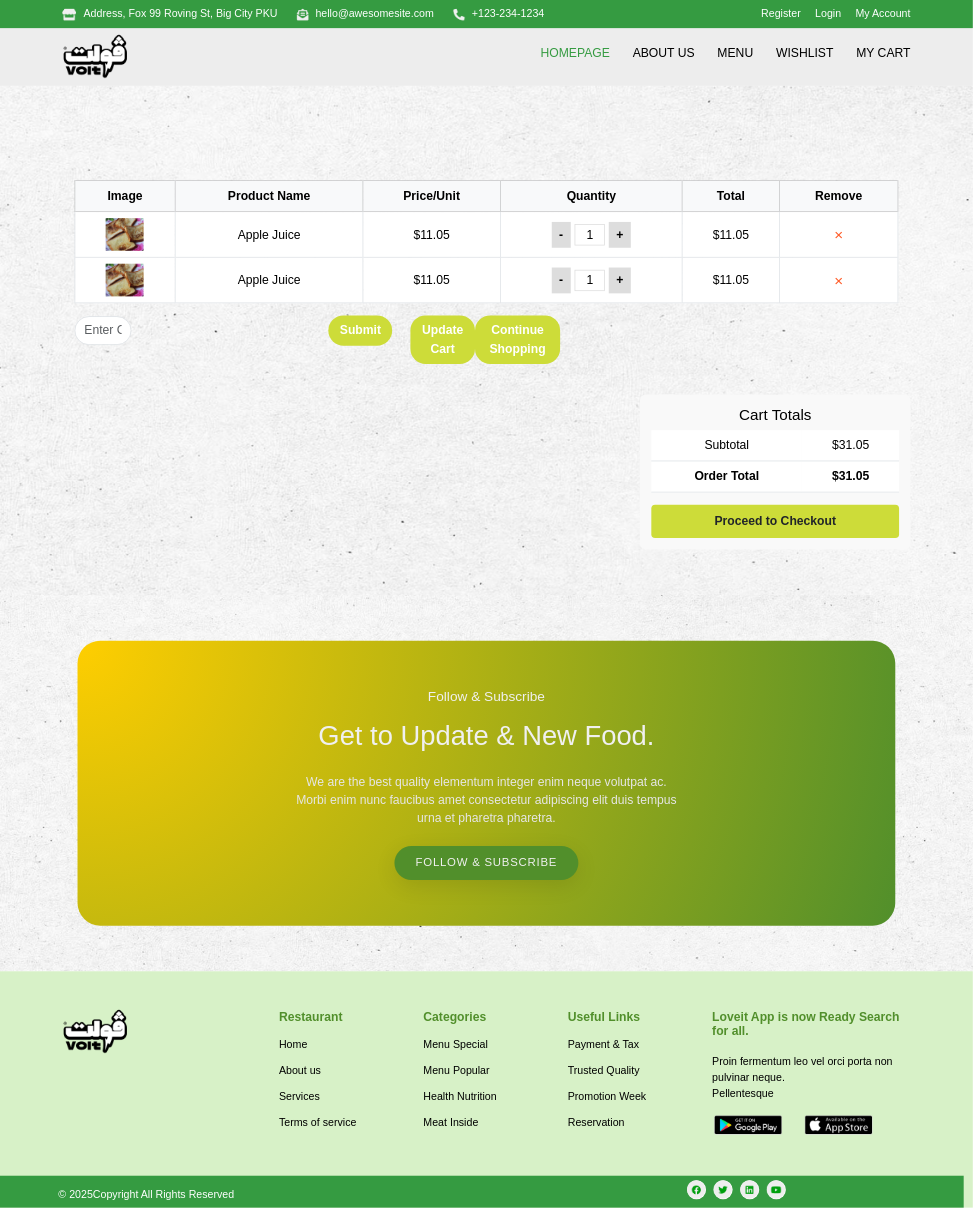
Repository: junivig/volt-new-project
Page: checkout.html
These files come from the project's save history. The page is drawn as it stood at one moment and after the next save; the edit follows.
The browser window is 1280 px wide. The pictures show the whole page, at 76% of full size.

Above is the page before, as saved 2025-01-31 18:09:03.

### checkout.html
<!DOCTYPE html>
<html lang="en">

<head>
  <meta charset="utf-8">
  <meta content="width=device-width, initial-scale=1.0" name="viewport">
  <title>Checkout - Voltfood</title>
  <meta name="description" content="">
  <meta name="keywords" content="">

  <!-- Favicons -->
  <link href="assets/img/favicon.png" rel="icon">
  <link href="assets/img/apple-touch-icon.png" rel="apple-touch-icon">

  <!-- Fonts -->
  <link href="https://fonts.googleapis.com" rel="preconnect">
  <link href="https://fonts.gstatic.com" rel="preconnect" crossorigin>
  <link href="https://fonts.googleapis.com/css2?family=Roboto:ital,wght@0,100;0,300;0,400;0,500;0,700;0,900;1,100;1,300;1,400;1,500;1,700;1,900&family=Raleway:ital,wght@0,100;0,200;0,300;0,400;0,500;0,600;0,700;0,800;0,900;1,100;1,200;1,300;1,400;1,500;1,600;1,700;1,800;1,900&family=Ubuntu:ital,wght@0,300;0,400;0,500;0,700;1,300;1,400;1,500;1,700&display=swap" rel="stylesheet">

  <!-- Vendor CSS Files -->
  <link href="assets/vendor/bootstrap/css/bootstrap.min.css" rel="stylesheet">
  <link href="assets/vendor/bootstrap-icons/bootstrap-icons.css" rel="stylesheet">
  <link href="assets/vendor/aos/aos.css" rel="stylesheet">
  <link href="assets/vendor/glightbox/css/glightbox.min.css" rel="stylesheet">
  <link href="assets/vendor/swiper/swiper-bundle.min.css" rel="stylesheet">

  <!-- Main CSS File -->
  <link href="assets/css/main.css" rel="stylesheet">

  <!-- =======================================================
  * Template Name: eNno
  * Template URL: https://bootstrapmade.com/enno-free-simple-bootstrap-template/
  * Updated: Aug 07 2024 with Bootstrap v5.3.3
  * Author: BootstrapMade.com
  * License: https://bootstrapmade.com/license/
  ======================================================== -->
</head>

<body class="index-page">

  <header id="header" class="header ">
    <div class="container-fluid  top-header">
      <div class="container-xl">
          <div class="row align-items-center">
              <div class="col-md-8 d-flex align-items-center">
                <nav id="navmenu" class="navmenu">
                  <ul>
                <li class="">
                  <img src="assets/img/location-icon.png" alt="Location Icon" class="icon-right">
                  <span class="top-header-text">Address, Fox 99 Roving St, Big City PKU</span>
              </li>
                <li class="">
                  <img src="assets/img/email-icon.png" alt="Email Icon" class="icon-right">
                  <span class="top-header-text">hello@awesomesite.com</span>
              </li>
              <li class="">
                <img src="assets/img/phone-icon.png" alt="Phone Icon" class="icon-right">
                <span class="top-header-text">+123-234-1234</span>
            </li>
                  </ul>
                </nav>
              </div>
              <div class="col-md-4 text-end">
                  <a href="#" >Register</a>
                  <a href="#">Login</a>
                  <a href="#">My Account</a>
              </div>
          </div>
        </div>
  </div>
    <div class="container-fluid container-xl position-relative d-flex align-items-center">

      <a href="index.html" class="logo d-flex align-items-center me-auto">

        <img src="assets/img/logo.png" alt="Logo Image">
      </a>

      <nav id="navmenu" class="navmenu">
        <ul>
          <li><a href="index.html" class="active">HOMEPAGE</a></li>
          <li><a href="about.html">ABOUT US</a></li>
          <li><a href="menu.html">MENU</a></li>
          <li><a href="#">WISHLIST</a></li>
          <li><a href="#">MY CART</a></li>
          <!-- <li class="dropdown"><a href="#"><span>Dropdown</span> <i class="bi bi-chevron-down toggle-dropdown"></i></a>
            <ul>
              <li><a href="#">Dropdown 1</a></li>
              <li class="dropdown"><a href="#"><span>Deep Dropdown</span> <i class="bi bi-chevron-down toggle-dropdown"></i></a>
                <ul>
                  <li><a href="#">Deep Dropdown 1</a></li>
                  <li><a href="#">Deep Dropdown 2</a></li>
                  <li><a href="#">Deep Dropdown 3</a></li>
                  <li><a href="#">Deep Dropdown 4</a></li>
                  <li><a href="#">Deep Dropdown 5</a></li>
                </ul>
              </li>
              <li><a href="#">Dropdown 2</a></li>
              <li><a href="#">Dropdown 3</a></li>
              <li><a href="#">Dropdown 4</a></li>
            </ul>
          </li> -->
        </ul>
        <i class="mobile-nav-toggle d-xl-none bi bi-list"></i>
      </nav>

      <!-- <a class="btn-getstarted" href="index.html#about">Get Started</a> -->

    </div>
  </header>

  <main class="main">


        <!-- Checkout Section -->
        <section id="testimonials" class="testimonials section light-background bg-image">
            <div class="container mt-5">
                <div class="row">
                    <div class="">
                        <!-- Cart Table -->
                        <div class="cart-table p-3">
                            <table class="table table-bordered">
                                <thead class="table-light">
                                    <tr>
                                        <th>Image</th>
                                        <th>Product Name</th>
                                        <th>Price/Unit</th>
                                        <th>Quantity</th>
                                        <th>Total</th>
                                        <th>Remove</th>
                                    </tr>
                                </thead>
                                <tbody>
                                    <tr>
                                        <td><img src="assets/img/breakfast.png" alt="Apple"></td>
                                        <td>Apple Juice</td>
                                        <td>$11.05</td>
                                        <td>
                                            <div class="quantity-control">
                                                <button class="decrease">-</button>
                                                <input type="text" value="1">
                                                <button class="increase">+</button>
                                            </div>
                                        </td>
                                        <td>$11.05</td>
                                        <td><span class="remove-btn">&times;</span></td>
                                    </tr>
                                    <tr>
                                        <td><img src="assets/img/breakfast.png" alt="Apple"></td>
                                        <td>Apple Juice</td>
                                        <td>$11.05</td>
                                        <td>
                                            <div class="quantity-control">
                                                <button class="decrease">-</button>
                                                <input type="text" value="1">
                                                <button class="increase">+</button>
                                            </div>
                                        </td>
                                        <td>$11.05</td>
                                        <td><span class="remove-btn">&times;</span></td>
                                    </tr>
                                </tbody>
                            </table>

                            <!-- Coupon Code Section -->
                            <div class="d-flex justify-content-between align-items-center">
                                <div class="row">
                                    <div class="col-lg-8 col-md-8 col-sm-12">
                                        <div class="d-flex justify-content-between align-items-center">
                                            <input type="text" class="form-control coupon-code" placeholder="Enter Coupon Code">
                                             <button class="btn btn-custom">Submit</button>
                                        </div>
                                    </div>
                                    <div class="col-lg-4 col-md-4 col-sm-12">
                                        <div class="d-flex justify-content-between align-items-center">
                                            <button class="btn btn-custom">Update Cart</button>
                                            <button class="btn btn-custom">Continue Shopping</button>
                                        </div>
                                    </div>
                                </div>


                            </div>
                        </div>
                    </div>


                </div>
                <div class="row mt-4">
                    <!-- Cart Totals Section -->
                     <div class="col-lg-8"></div>
                    <div class="col-lg-4 text-end">
                        <div class="cart-summary">
                            <h5>Cart Totals</h5>
                            <table class="table">
                                <tr>
                                    <td>Subtotal</td>
                                    <td>$31.05</td>
                                </tr>
                                <tr>
                                    <td><strong>Order Total</strong></td>
                                    <td><strong>$31.05</strong></td>
                                </tr>
                            </table>
                            <button class="btn proceed-btn w-100">Proceed to Checkout</button>
                        </div>
                    </div>
                </div>
            </div>
        </section>
      <!-- /Checkout Section -->


  </main>





 <!-- /Subscribe Footer Section -->
 <section class="bg-image">
  <div class="footer-newsletter">
    <div class="container">
      <div class="row justify-content-center text-center">
        <div class="col-lg-6">
          <p class="footer-newsletter-sub-heading">Follow & Subscribe</p>
          <h4 class="footer-newsletter-heading">Get to Update & New Food.</h4>
          <p class="footer-newsletter-text">We are the best quality elementum integer enim neque volutpat ac. Morbi enim nunc
            faucibus amet consectetur adipiscing elit duis tempus urna et pharetra pharetra.</p>
            <div class="mt-4">
            <a href="#about" class="subscribe-button">FOLLOW & SUBSCRIBE</a>
          </div>
        </div>
      </div>
    </div>
  </div>
</section><!-- /Subscribe Footer Section -->

  <footer id="footer" class="footer">



    <div class="container footer-top">
      <div class="row gy-4">
        <div class="col-lg-3 col-md-6 footer-about">
          <a href="index.html" class="logo d-flex align-items-center me-auto">
            <img src="assets/img/logo.png" alt="Logo Image">
          </a>

        </div>

        <div class="col-lg-2 col-md-3 footer-links">
          <h4 class="footer-pages-heading">Restaurant</h4>
          <ul>
            <li> <a href="#">Home</a></li>
            <li> <a href="#">About us</a></li>
            <li> <a href="#">Services</a></li>
            <li> <a href="#">Terms of service</a></li>
          </ul>
        </div>

        <div class="col-lg-2 col-md-3 footer-links">
          <h4 class="footer-pages-heading">Categories</h4>
          <ul>
            <li> <a href="#">Menu Special</a></li>
            <li> <a href="#">Menu Popular</a></li>
            <li> <a href="#">Health Nutrition</a></li>
            <li> <a href="#">Meat Inside</a></li>
          </ul>
        </div>
        <div class="col-lg-2 col-md-3 footer-links">
          <h4 class="footer-pages-heading">Useful Links</h4>
          <ul>
            <li> <a href="#">Payment & Tax</a></li>
            <li> <a href="#">Trusted Quality</a></li>
            <li> <a href="#">Promotion Week</a></li>
            <li> <a href="#">Reservation</a></li>
          </ul>
        </div>

        <div class="col-lg-3 col-md-12">
          <h4 class="footer-pages-heading">Loveit App is now Ready Search for all.</h4>
          <p>Proin fermentum leo vel orci porta non pulvinar neque. <br> Pellentesque</p>
          <div class="row">
            <div class="col-lg-5 col-md-6 col-sm-12">
              <img src="assets/img/android.png" alt="Google Play Image" class="mobile-app-image">
           </div>
           <div class="col-lg-5 col-md-6 col-sm-12">
            <img src="assets/img/apple.png" alt="Apple Store Image" class="mobile-app-image">
         </div>
        </div>

      </div>
    </div>
    </div>
    <div class="row copyright mt-4">
      <div class="row">
      <div class="col-lg-6 col-md-12 col-sm-12">
        <p class="mt-2">© 2025<span>Copyright All Rights Reserved</span></p>
      </div>
      <div class="col-lg-3 col-md-12 col-md-12">
      </div>
      <div class="col-lg-3 col-md-12 col-md-12 social-media-icons">
        <div class="social-links d-flex text-end">
          <a href=""><img src="assets/img/facebook.png" alt="Logo Image"></a>
          <a href=""><img src="assets/img/twitter.png" alt="Logo Image"></a>
          <a href=""><img src="assets/img/linkedin.png" alt="Logo Image"></i></a>
          <a href=""><img src="assets/img/youtube.png" alt="Logo Image"></i></a>
        </div>
      </div>
      </div>
    </div>
  </footer>

  <!-- Scroll Top -->
  <a href="#" id="scroll-top" class="scroll-top d-flex align-items-center justify-content-center"><i class="bi bi-arrow-up-short"></i></a>

  <!-- Preloader -->
  <div id="preloader"></div>

  <!-- Vendor JS Files -->
  <script src="assets/vendor/bootstrap/js/bootstrap.bundle.min.js"></script>
  <script src="assets/vendor/php-email-form/validate.js"></script>
  <script src="assets/vendor/aos/aos.js"></script>
  <script src="assets/vendor/glightbox/js/glightbox.min.js"></script>
  <script src="assets/vendor/purecounter/purecounter_vanilla.js"></script>
  <script src="assets/vendor/imagesloaded/imagesloaded.pkgd.min.js"></script>
  <script src="assets/vendor/isotope-layout/isotope.pkgd.min.js"></script>
  <script src="assets/vendor/swiper/swiper-bundle.min.js"></script>
  <script>
    fetch("footer.html")
      .then(response => response.text())
      .then(data => document.getElementById("footer-placeholder").innerHTML = data)
      .catch(error => console.error("Error loading the footer:", error));
  </script>

  <!-- Main JS File -->
  <script src="assets/js/main.js"></script>
  <script>
    document.addEventListener("DOMContentLoaded", function () {
        document.querySelectorAll(".quantity-control button").forEach(button => {
            button.addEventListener("click", function () {
                let input = this.parentElement.querySelector("input");
                let value = parseInt(input.value);
                if (this.classList.contains("increase")) {
                    input.value = value + 1;
                } else if (this.classList.contains("decrease") && value > 1) {
                    input.value = value - 1;
                }
            });
        });

        document.querySelectorAll(".remove-btn").forEach(button => {
            button.addEventListener("click", function () {
                this.closest("tr").remove();
            });
        });
    });
</script>

</body>

</html>

### footer.html
<!-- Subscribe Footer Section -->
<section class="bg-image">
    <div class="footer-newsletter">
      <div class="container">
        <div class="row justify-content-center text-center">
          <div class="col-lg-6">
            <p class="footer-newsletter-sub-heading">Follow & Subscribe</p>
            <h4 class="footer-newsletter-heading">Get to Update & New Food.</h4>
            <p class="footer-newsletter-text">We are the best quality elementum integer enim neque volutpat ac. Morbi enim nunc
              faucibus amet consectetur adipiscing elit duis tempus urna et pharetra pharetra.</p>
            <div class="mt-4">
              <a href="#about" class="subscribe-button">FOLLOW & SUBSCRIBE</a>
            </div>
          </div>
        </div>
      </div>
    </div>
  </section>


  <footer id="footer" class="footer">
    <div class="container footer-top">
      <div class="row gy-4">
        <div class="col-lg-3 col-md-6 footer-about">
          <a href="index.html" class="logo d-flex align-items-center me-auto">
            <img src="assets/img/logo.png" alt="Logo Image">
          </a>
        </div>

        <div class="col-lg-2 col-md-3 footer-links">
          <h4 class="footer-pages-heading">Restaurant</h4>
          <ul>
            <li><a href="#">Home</a></li>
            <li><a href="#">About us</a></li>
            <li><a href="#">Services</a></li>
            <li><a href="#">Terms of service</a></li>
          </ul>
        </div>

        <div class="col-lg-2 col-md-3 footer-links">
          <h4 class="footer-pages-heading">Categories</h4>
          <ul>
            <li><a href="#">Menu Special</a></li>
            <li><a href="#">Menu Popular</a></li>
            <li><a href="#">Health Nutrition</a></li>
            <li><a href="#">Meat Inside</a></li>
          </ul>
        </div>

        <div class="col-lg-2 col-md-3 footer-links">
          <h4 class="footer-pages-heading">Useful Links</h4>
          <ul>
            <li><a href="#">Payment & Tax</a></li>
            <li><a href="#">Trusted Quality</a></li>
            <li><a href="#">Promotion Week</a></li>
            <li><a href="#">Reservation</a></li>
          </ul>
        </div>

        <div class="col-lg-3 col-md-12">
          <h4 class="footer-pages-heading">Loveit App is now Ready Search for all.</h4>
          <p>Proin fermentum leo vel orci porta non pulvinar neque. <br> Pellentesque</p>
          <div class="row">
            <div class="col-lg-5 col-md-6 col-sm-12">
              <img src="assets/img/android.png" alt="Google Play Image" class="mobile-app-image">
            </div>
            <div class="col-lg-5 col-md-6 col-sm-12">
              <img src="assets/img/apple.png" alt="Apple Store Image" class="mobile-app-image">
            </div>
          </div>
        </div>
      </div>
    </div>

    <div class="row copyright mt-4">
      <div class="row">
        <div class="col-lg-6 col-md-12 col-sm-12">
          <p class="mt-2">&copy; 2025 <span>Copyright All Rights Reserved</span></p>
        </div>
        <div class="col-lg-3 col-md-12 col-md-12"></div>
        <div class="col-lg-3 col-md-12 col-md-12 social-media-icons">
          <div class="social-links d-flex text-end">
            <a href=""><img src="assets/img/facebook.png" alt="Logo Image"></a>
            <a href=""><img src="assets/img/twitter.png" alt="Logo Image"></a>
            <a href=""><img src="assets/img/linkedin.png" alt="Logo Image"></a>
            <a href=""><img src="assets/img/youtube.png" alt="Logo Image"></a>
          </div>
        </div>
      </div>
    </div>
  </footer>

Loaded but not shown: assets/vendor/bootstrap/css/bootstrap.min.css (library); assets/vendor/bootstrap-icons/bootstrap-icons.css (library); assets/vendor/aos/aos.css (library); assets/vendor/glightbox/css/glightbox.min.css (library); assets/vendor/swiper/swiper-bundle.min.css (library); assets/vendor/bootstrap/js/bootstrap.bundle.min.js (library); assets/vendor/php-email-form/validate.js (common file); assets/vendor/aos/aos.js (library); assets/vendor/glightbox/js/glightbox.min.js (library); assets/vendor/purecounter/purecounter_vanilla.js (library); assets/vendor/imagesloaded/imagesloaded.pkgd.min.js (library); assets/vendor/isotope-layout/isotope.pkgd.min.js (library); assets/vendor/swiper/swiper-bundle.min.js (library); assets/js/main.js (209 lines, source omitted); assets/css/main.css (2443 lines, source omitted)

After the next save:
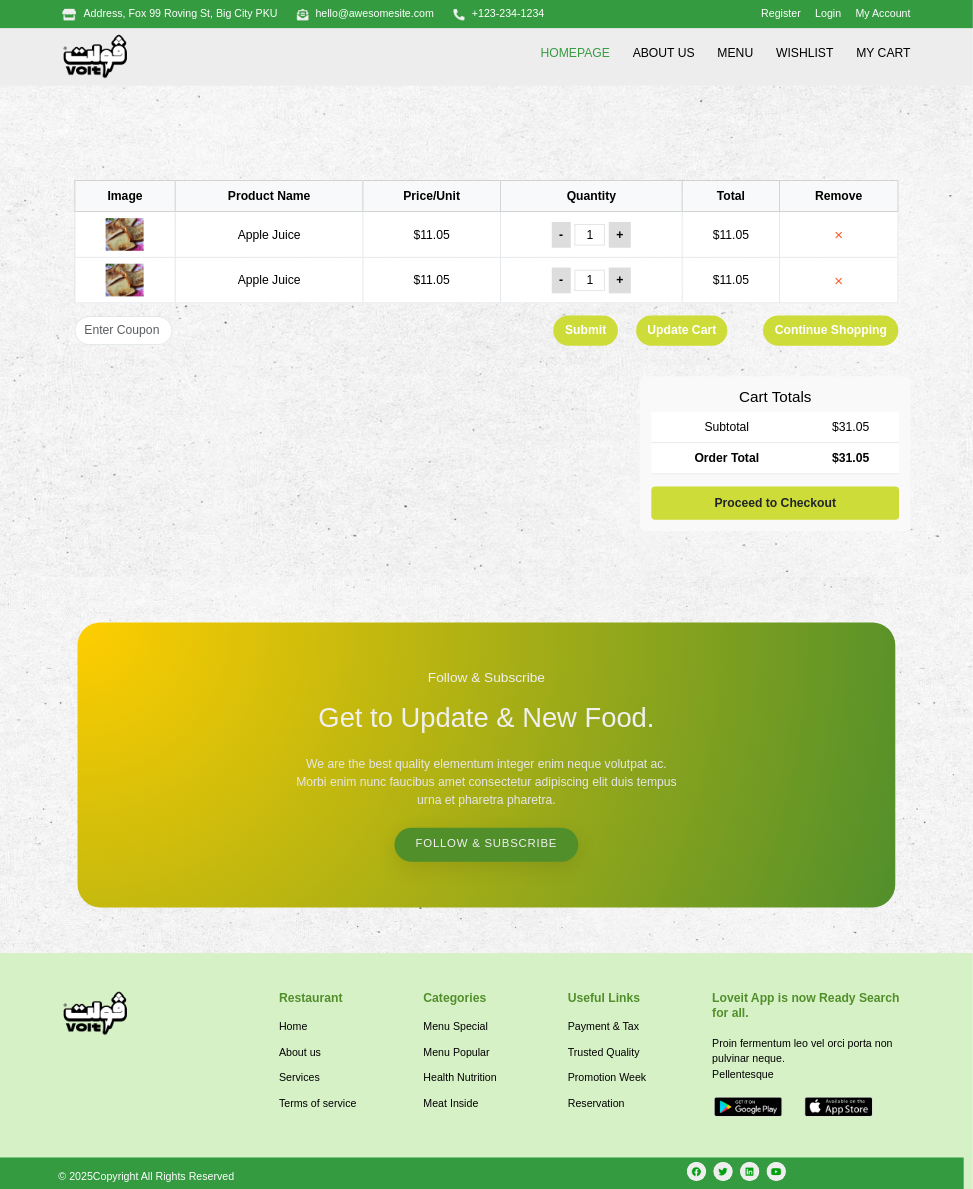
Saved 11 s later.
--- a/checkout.html
+++ b/checkout.html
@@ -162,7 +162,7 @@
                             </table>
 
                             <!-- Coupon Code Section -->
-                            <div class="d-flex justify-content-between align-items-center">
+
                                 <div class="row">
                                     <div class="col-lg-8 col-md-8 col-sm-12">
                                         <div class="d-flex justify-content-between align-items-center">
@@ -179,7 +179,7 @@
                                 </div>
 
 
-                            </div>
+
                         </div>
                     </div>
 
